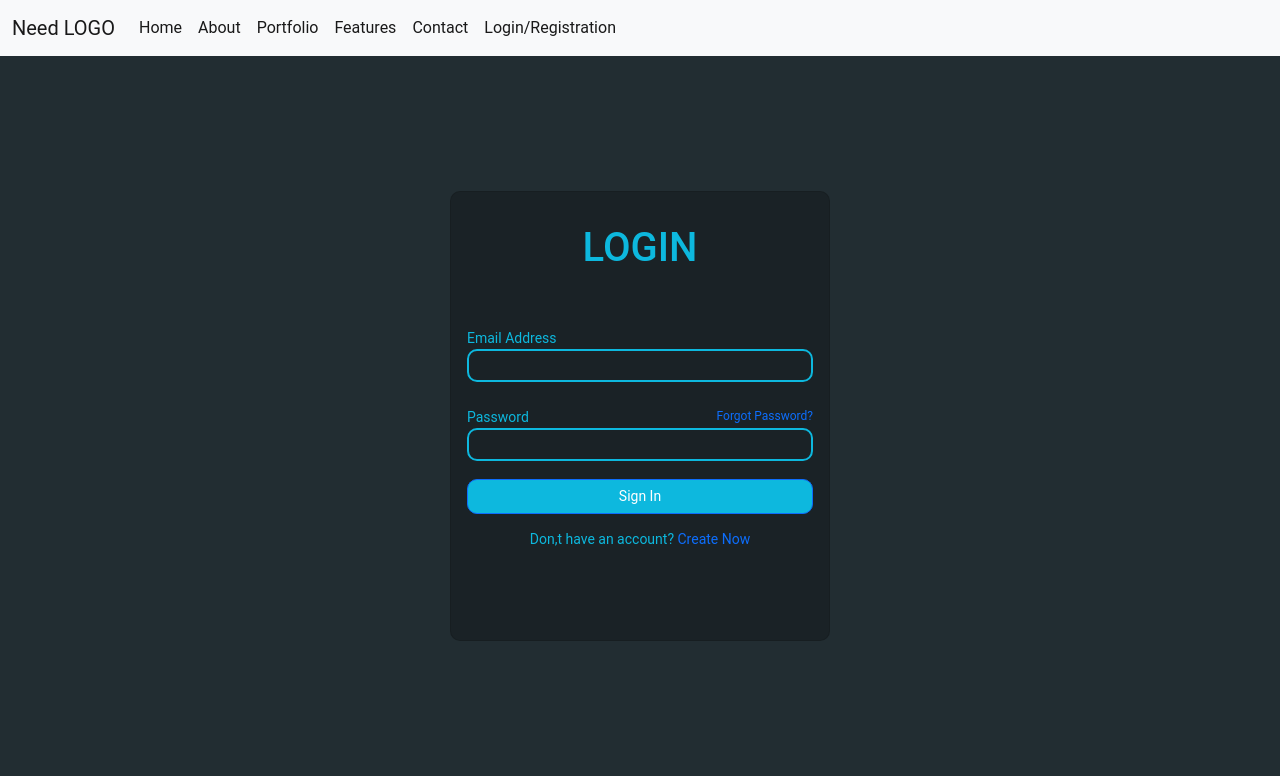
Repository: zjria/Bootstrap_logIn_1
Page: LoginPage/index.html
An editor plug-in stored every save of this project. The page is shown before and after the next save, followed by the edit.
The browser window is 1280 px wide. The pictures show the whole page.

Above is the page before, as saved 2022-06-19 07:58:34.

After the next save:
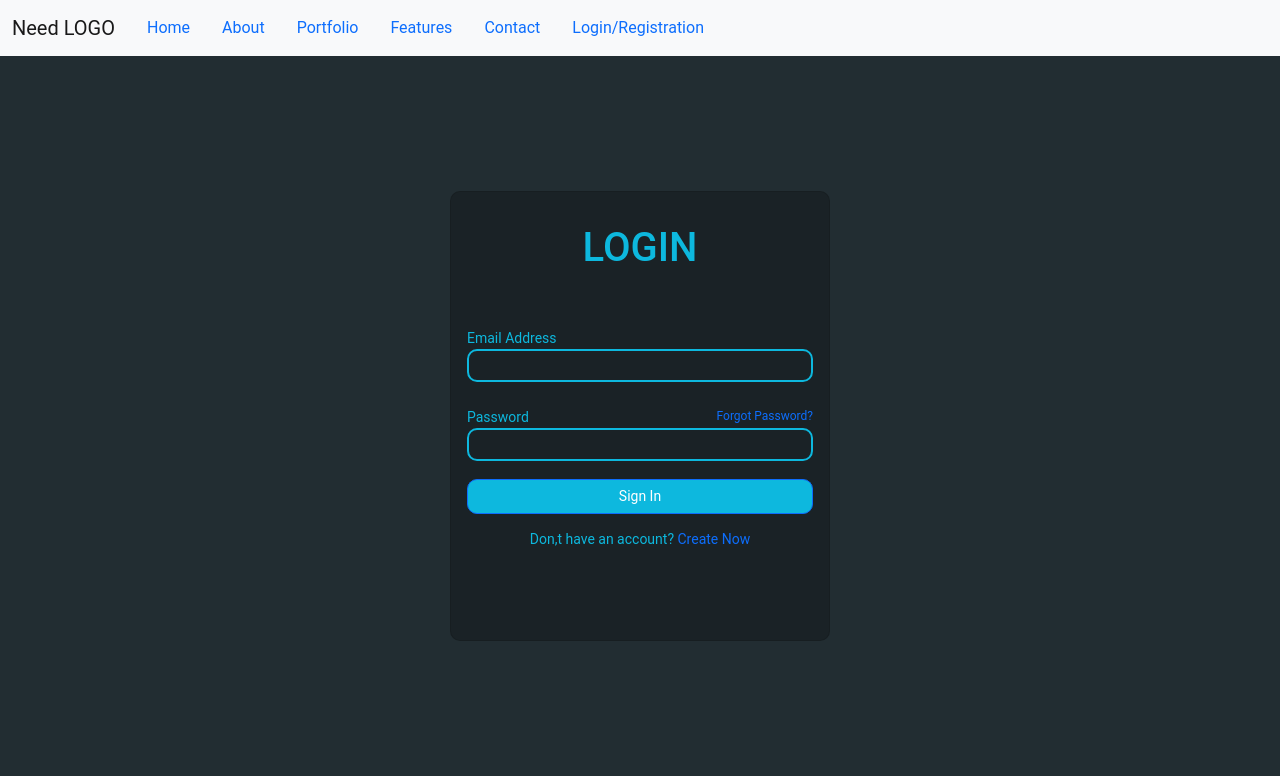
Saved 2 min 7 s later.
--- a/LoginPage/index.html
+++ b/LoginPage/index.html
@@ -25,7 +25,7 @@
             <span class="navbar-toggler-icon"></span>
           </button>
           <div class="collapse navbar-collapse" id="navbarSupportedContent">
-            <ul class="navbar-nav me-auto mb-2 mb-lg-0 justify-content-end align-items-end me-2">
+            <ul class="nav justify-content-end">
               <li class="nav-item">
                 <a class="nav-link active" aria-current="page" href="#">Home</a>
               </li>

After the save that followed:
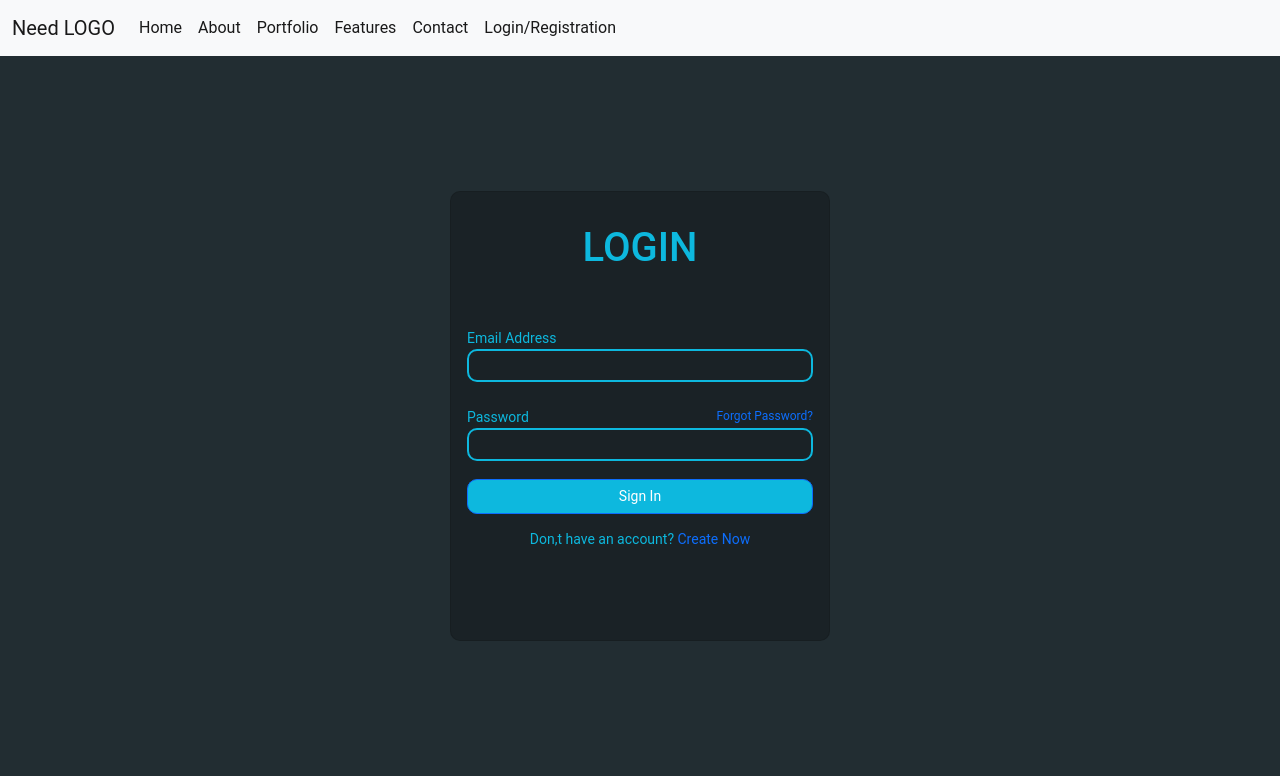
Saved 78 s later.
--- a/LoginPage/index.html
+++ b/LoginPage/index.html
@@ -25,7 +25,7 @@
             <span class="navbar-toggler-icon"></span>
           </button>
           <div class="collapse navbar-collapse" id="navbarSupportedContent">
-            <ul class="nav justify-content-end">
+            <ul class="navbar-nav me-auto mb-2 mb-lg-0 justify-content-end align-items-end">
               <li class="nav-item">
                 <a class="nav-link active" aria-current="page" href="#">Home</a>
               </li>
